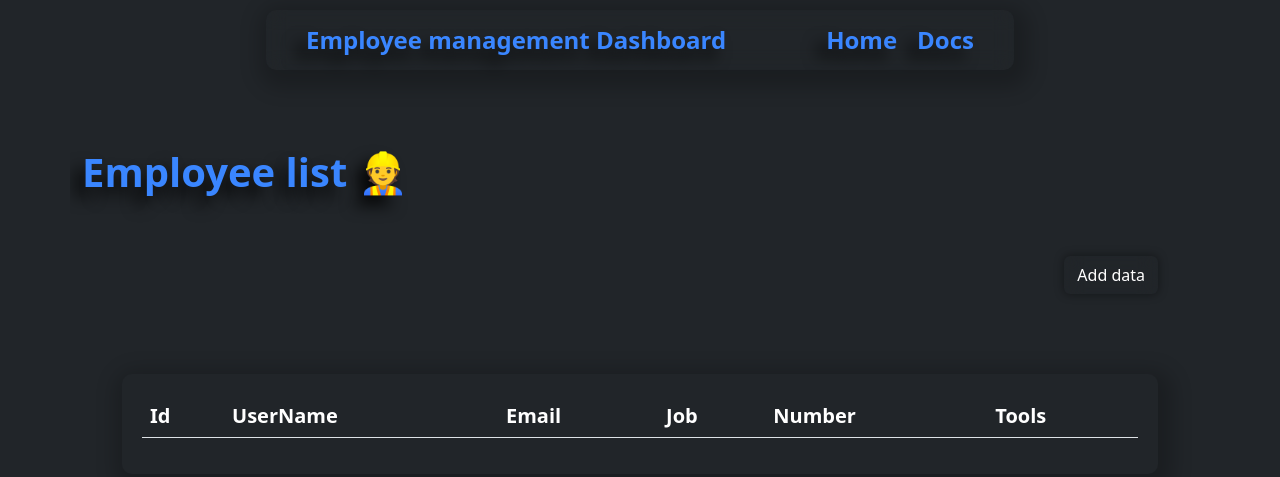
Repository: iamevs/Employee-Management-System
Page: /home (app in client/)
These files come from the project's save history. The page is drawn as it stood at one moment and after the next save; the edit follows.
The browser window is 1280 px wide. The pictures show the whole page.
The page's requests for data from a server got no answer. The project was rebuilt for these pictures with package versions that can differ from the ones it lists, and the page was loaded fresh each time. No one was signed in, and anything a server would have sent is missing. Also part of the build but not shown: client/vite.config.js, client/src/components/Register.jsx, client/src/components/Edit.jsx, client/src/components/Hero.jsx. Imported but missing from the stored project, and not drawn on this page: client/src/components/Details.

Above is the page before, as saved 2022-11-29 00:31:53.

After the next save:
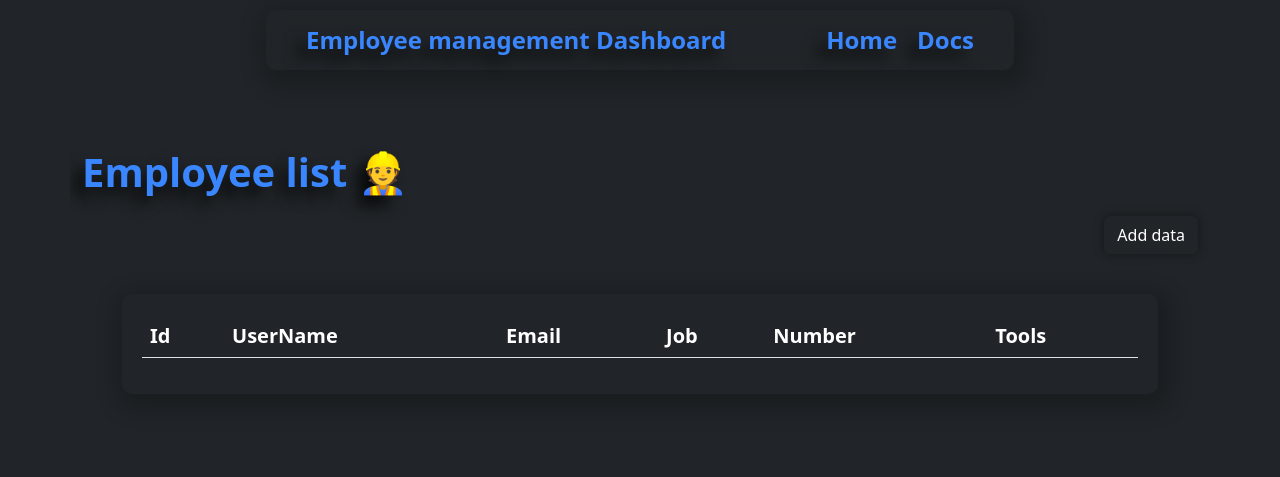
Saved 7 s later.
--- a/client/src/components/Home.jsx
+++ b/client/src/components/Home.jsx
@@ -116,7 +116,7 @@ const Home = () => {
                         textShadow: "-10px 10px 15px rgba(0, 0, 0, 0.8)"
                     }}>Employee list <span style={{ fontSize: "40px" }}>👷</span> </h2>
                     <div className="add_btn mt-2 mb-2">
-                        <NavLink to="/register" className="btn text-white tool" style={{margin: "40px"}}>Add data</NavLink>
+                        <NavLink to="/register" className="btn text-white tool" style={{marginLeft: "40px"}}>Add data</NavLink>
                     </div>
 
                     <div className='table-responsive' style={{
